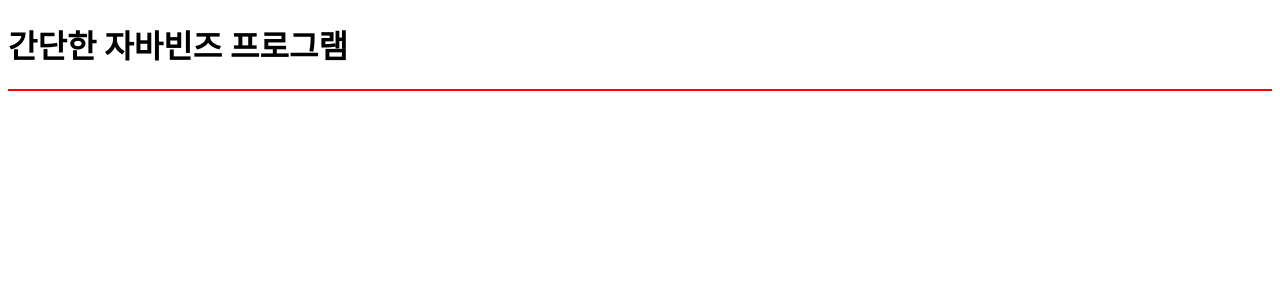
Repository: kr1124/jsp
Page: http://localhost/ServletProject/sample/simpleForm.jsp
The author's editor kept a copy of each file at every save. The page is drawn from the files as they stood at one save, then again after the next save.
The browser window is 1280 px wide. The pictures show the whole page.
The page is served by Tomcat 9. Other server files are loaded and not shown.

Above is the page before, as saved 2024-12-05 02:41:42.

### ServletProject/src/main/webapp/sample/simpleForm.jsp
<%@ page language="java" contentType="text/html; charset=UTF-8"
    pageEncoding="UTF-8"%>
<!DOCTYPE html>
<html>
	<head>
		<meta charset="UTF-8">
		<title></title>
	</head>
	<body>
		<h1>간단한 자바빈즈 프로그램</h1>
		<hr color="red" ><br>
		<form action="simpleBean.jsp" method="post" ></form>
	</body>
</html>

After the next save:
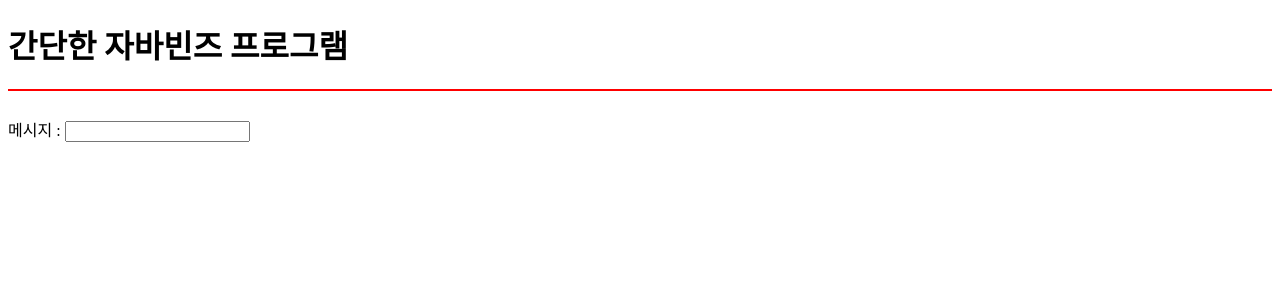
Saved 22 s later.
--- a/ServletProject/src/main/webapp/sample/simpleForm.jsp
+++ b/ServletProject/src/main/webapp/sample/simpleForm.jsp
@@ -9,6 +9,8 @@
 	<body>
 		<h1>간단한 자바빈즈 프로그램</h1>
 		<hr color="red" ><br>
-		<form action="simpleBean.jsp" method="post" ></form>
+		<form action="simpleBean.jsp" method="post" >
+			메시지 : <input type="text" name="message" >
+		</form>
 	</body>
 </html>
